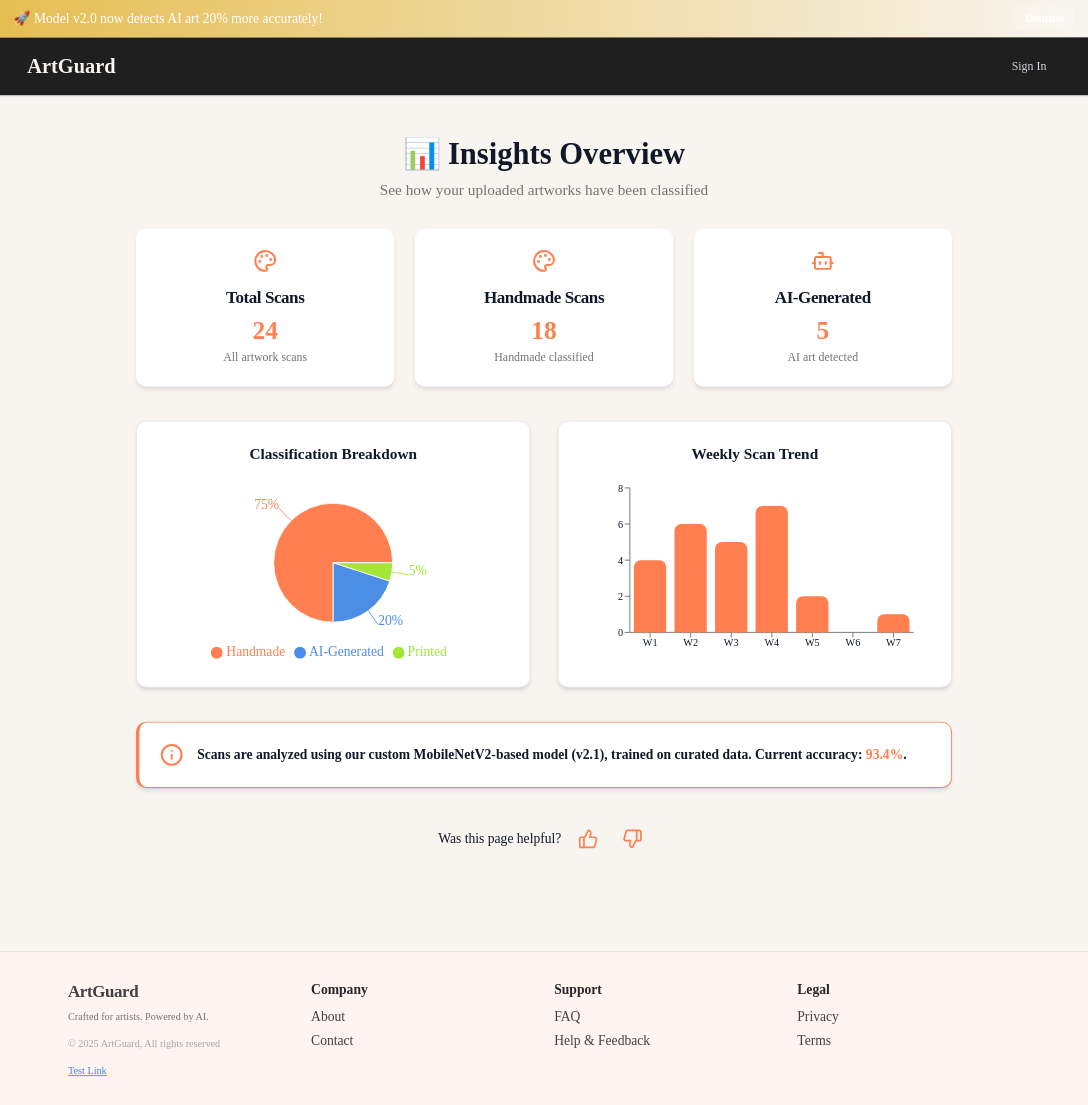
Repository: Arunkumar158/artguard
Page: /insights
The author's editor kept a copy of each file at every save. The page is drawn from the files as they stood at one save, then again after the next save.
The browser window is 1280 px wide. The pictures show the whole page, at 85% of full size.
The project was rebuilt for these pictures with package versions that can differ from the ones it lists, and the page was loaded fresh each time. Also part of the build but not shown: vite.config.ts, src/components/ui/button.tsx, src/components/ui/label.tsx, src/components/ui/form.tsx, src/components/ui/input.tsx, src/components/ui/tabs.tsx, src/components/ui/alert-dialog.tsx, src/components/auth/AuthForm.tsx and 24 more.

Above is the page before, as saved 2025-07-14 09:31:59.

### index.html
<!DOCTYPE html>
<html lang="en">
  <head>
    <meta charset="UTF-8" />
    <meta name="viewport" content="width=device-width, initial-scale=1.0" />
    <title>art-sense-scan-reveal</title>
    <meta name="description" content="Lovable Generated Project" />
    <meta name="author" content="Lovable" />

    <meta property="og:title" content="art-sense-scan-reveal" />
    <meta property="og:description" content="Lovable Generated Project" />
    <meta property="og:type" content="website" />
    <meta property="og:image" content="https://lovable.dev/opengraph-image-p98pqg.png" />

    <meta name="twitter:card" content="summary_large_image" />
    <meta name="twitter:site" content="@lovable_dev" />
    <meta name="twitter:image" content="https://lovable.dev/opengraph-image-p98pqg.png" />
  </head>

  <body>
    <div id="root"></div>
    <!-- IMPORTANT: DO NOT REMOVE THIS SCRIPT TAG OR THIS VERY COMMENT! -->
    <script src="https://cdn.gpteng.co/gptengineer.js" type="module"></script>
    <script type="module" src="/src/main.tsx"></script>
  </body>
</html>

### src/main.tsx
import { createRoot } from 'react-dom/client'
import { BrowserRouter as Router } from 'react-router-dom'
import App from './App.tsx'
import './index.css'

createRoot(document.getElementById("root")!).render(
  <Router>
    <App />
  </Router>
);

### src/lib/supabaseClient.ts
import { createClient } from '@supabase/supabase-js'

const supabaseUrl = "https://bawanuusktkjmlniedlu.supabase.co"
const supabaseAnonKey = "eyJhbGciOiJIUzI1NiIsInR5cCI6IkpXVCJ9.eyJpc3MiOiJzdXBhYmFzZSIsInJlZiI6ImJhd2FudXVza3Rram1sbmllZGx1Iiwicm9sZSI6ImFub24iLCJpYXQiOjE3NTA1ODg3MTUsImV4cCI6MjA2NjE2NDcxNX0.ERK2N1GqeKfrCd2n5coqiYEGMFnfx_IXZGKz0Kpm_Bg"

export const supabase = createClient(supabaseUrl, supabaseAnonKey)

### src/pages/Insights.tsx
import React, { useState } from "react";
import { Card, CardHeader, CardContent, CardTitle, CardDescription } from "@/components/ui/card";
import { Dialog, DialogTrigger, DialogContent } from "@/components/ui/dialog";
import { useToast } from "@/components/ui/use-toast";
import { PieChart, Pie, Cell, Tooltip, Legend, ResponsiveContainer, BarChart, Bar, XAxis, YAxis } from "recharts";
import { Info, ThumbsUp, ThumbsDown, Palette, Bot, Printer } from "lucide-react";

const statCards = [
  {
    title: "Total Scans",
    value: 24,
    icon: <Palette className="w-7 h-7 text-[#FF7F50]" />, // 🎨
    desc: "All artwork scans",
  },
  {
    title: "Handmade Scans",
    value: 18,
    icon: <Palette className="w-7 h-7 text-[#FF7F50]" />, // 🎨
    desc: "Handmade classified",
  },
  {
    title: "AI-Generated",
    value: 5,
    icon: <Bot className="w-7 h-7 text-[#FF7F50]" />, // 🤖
    desc: "AI art detected",
  },
];

const pieData = [
  { name: "Handmade", value: 75 },
  { name: "AI-Generated", value: 20 },
  { name: "Printed", value: 5 },
];
const pieColors = ["#FF7F50", "#4C8DE5", "#A3E635"];

const barData = [
  { week: "W1", scans: 4 },
  { week: "W2", scans: 6 },
  { week: "W3", scans: 5 },
  { week: "W4", scans: 7 },
  { week: "W5", scans: 2 },
  { week: "W6", scans: 0 },
  { week: "W7", scans: 1 },
];

const Insights = () => {
  const { toast } = useToast();
  const [feedbackOpen, setFeedbackOpen] = useState(false);

  const handleFeedback = (positive: boolean) => {
    toast({
      title: "Thanks for your feedback!",
      description: positive ? "We're glad you found it helpful." : "We'll use your feedback to improve.",
    });
    setFeedbackOpen(false);
  };

  return (
    <div className="max-w-5xl mx-auto px-4 md:px-8">
      {/* Page Title */}
      <div className="mb-8 text-center">
        <h1 className="text-3xl md:text-4xl font-bold text-[#111827] flex items-center justify-center gap-2">
          <span role="img" aria-label="chart">📊</span> Insights Overview
        </h1>
        <p className="text-lg text-muted-foreground mt-2">See how your uploaded artworks have been classified</p>
      </div>

      {/* Stat Cards */}
      <div className="grid grid-cols-1 sm:grid-cols-2 md:grid-cols-3 gap-6 mb-10">
        {statCards.map((card, i) => (
          <Card key={card.title} className="bg-white rounded-xl shadow-md flex flex-col items-center py-6 border-0">
            <CardHeader className="flex flex-col items-center gap-2 p-0 mb-2">
              {card.icon}
              <CardTitle className="text-xl font-semibold text-[#111827]">{card.title}</CardTitle>
            </CardHeader>
            <CardContent className="flex flex-col items-center p-0">
              <span className="text-3xl font-bold text-[#FF7F50]">{card.value}</span>
              <CardDescription className="mt-1">{card.desc}</CardDescription>
            </CardContent>
          </Card>
        ))}
      </div>

      {/* Charts Section */}
      <div className="grid grid-cols-1 md:grid-cols-2 gap-8 mb-10">
        {/* Pie Chart */}
        <Card className="bg-white rounded-xl shadow-md p-6 flex flex-col items-center">
          <CardHeader className="flex flex-row items-center gap-2 p-0 mb-4">
            <span className="text-lg font-semibold text-[#111827]">Classification Breakdown</span>
          </CardHeader>
          <CardContent className="w-full flex flex-col items-center p-0">
            <ResponsiveContainer width="100%" height={220}>
              <PieChart>
                <Pie
                  data={pieData}
                  dataKey="value"
                  nameKey="name"
                  cx="50%"
                  cy="50%"
                  outerRadius={70}
                  label={({ percent }) => `${(percent * 100).toFixed(0)}%`}
                >
                  {pieData.map((entry, idx) => (
                    <Cell key={`cell-${idx}`} fill={pieColors[idx % pieColors.length]} />
                  ))}
                </Pie>
                <Tooltip />
                <Legend verticalAlign="bottom" iconType="circle"/>
              </PieChart>
            </ResponsiveContainer>
          </CardContent>
        </Card>

        {/* Bar Chart */}
        <Card className="bg-white rounded-xl shadow-md p-6 flex flex-col items-center">
          <CardHeader className="flex flex-row items-center gap-2 p-0 mb-4">
            <span className="text-lg font-semibold text-[#111827]">Weekly Scan Trend</span>
          </CardHeader>
          <CardContent className="w-full flex flex-col items-center p-0">
            <ResponsiveContainer width="100%" height={220}>
              <BarChart data={barData} margin={{ top: 10, right: 20, left: 0, bottom: 10 }}>
                <XAxis dataKey="week" tick={{ fill: '#111827', fontSize: 12 }} />
                <YAxis tick={{ fill: '#111827', fontSize: 12 }} allowDecimals={false} />
                <Tooltip />
                <Bar dataKey="scans" fill="#FF7F50" radius={[8, 8, 0, 0]} />
              </BarChart>
            </ResponsiveContainer>
          </CardContent>
        </Card>
      </div>

      {/* Model Accuracy Box */}
      <Card className="bg-white rounded-xl shadow-md flex flex-row items-center gap-4 p-6 mb-10 border-l-4 border-[#FF7F50]">
        <Info className="w-7 h-7 text-[#FF7F50] flex-shrink-0" />
        <div>
          <div className="font-semibold text-[#111827]">Scans are analyzed using our custom MobileNetV2-based model (v2.1), trained on curated data. Current accuracy: <span className="text-[#FF7F50] font-bold">93.4%</span>.</div>
        </div>
      </Card>

      {/* Feedback CTA */}
      <div className="flex flex-col items-center mb-8">
        <div className="flex items-center gap-3">
          <span className="text-base font-medium text-[#111827]">Was this page helpful?</span>
          <button
            className="rounded-full p-2 hover:bg-[#FF7F50]/10 transition"
            aria-label="Yes"
            onClick={() => handleFeedback(true)}
          >
            <ThumbsUp className="w-6 h-6 text-[#FF7F50]" />
          </button>
          <button
            className="rounded-full p-2 hover:bg-[#FF7F50]/10 transition"
            aria-label="No"
            onClick={() => handleFeedback(false)}
          >
            <ThumbsDown className="w-6 h-6 text-[#FF7F50]" />
          </button>
        </div>
      </div>
    </div>
  );
};

export default Insights;

### src/components/ui/toaster.tsx
import { useToast } from "@/hooks/use-toast"
import {
  Toast,
  ToastClose,
  ToastDescription,
  ToastProvider,
  ToastTitle,
  ToastViewport,
} from "@/components/ui/toast"

export function Toaster() {
  const { toasts } = useToast()

  return (
    <ToastProvider>
      {toasts.map(function ({ id, title, description, action, ...props }) {
        return (
          <Toast key={id} {...props}>
            <div className="grid gap-1">
              {title && <ToastTitle>{title}</ToastTitle>}
              {description && (
                <ToastDescription>{description}</ToastDescription>
              )}
            </div>
            {action}
            <ToastClose />
          </Toast>
        )
      })}
      <ToastViewport />
    </ToastProvider>
  )
}

### src/components/MainLayout.tsx
import React from "react";
import { Session } from "@supabase/supabase-js";
import { Header } from "./Header";
import Footer from "./Footer";

interface MainLayoutProps {
  children: React.ReactNode;
  session: Session | null;
}

export const MainLayout: React.FC<MainLayoutProps> = ({
  children,
  session,
}) => {
  const [showBanner, setShowBanner] = React.useState(true);
  return (
    <div className="min-h-screen bg-brand-background flex flex-col font-sans">
      {showBanner && (
        <div className="w-full bg-gradient-to-r from-brand-primary to-brand-secondary text-white flex items-center justify-center py-2 px-4 shadow-md z-50">
          <span className="mr-4 text-base font-medium">🚀 Model v2.0 now detects AI art 20% more accurately!</span>
          <button
            onClick={() => setShowBanner(false)}
            className="ml-auto px-3 py-1 rounded bg-white/20 hover:bg-white/30 text-white text-sm font-semibold transition-colors"
            aria-label="Dismiss notification"
          >
            Dismiss
          </button>
        </div>
      )}
      <Header session={session} />
      <main className="flex-1 container py-12">{children}</main>
      <Footer />
    </div>
  );
};

### src/components/ui/card.tsx
import * as React from "react"

import { cn } from "@/lib/utils"

const Card = React.forwardRef<
  HTMLDivElement,
  React.HTMLAttributes<HTMLDivElement>
>(({ className, ...props }, ref) => (
  <div
    ref={ref}
    className={cn(
      "rounded-lg border bg-card text-card-foreground shadow-sm",
      className
    )}
    {...props}
  />
))
Card.displayName = "Card"

const CardHeader = React.forwardRef<
  HTMLDivElement,
  React.HTMLAttributes<HTMLDivElement>
>(({ className, ...props }, ref) => (
  <div
    ref={ref}
    className={cn("flex flex-col space-y-1.5 p-6", className)}
    {...props}
  />
))
CardHeader.displayName = "CardHeader"

const CardTitle = React.forwardRef<
  HTMLParagraphElement,
  React.HTMLAttributes<HTMLHeadingElement>
>(({ className, ...props }, ref) => (
  <h3
    ref={ref}
    className={cn(
      "text-2xl font-semibold leading-none tracking-tight",
      className
    )}
    {...props}
  />
))
CardTitle.displayName = "CardTitle"

const CardDescription = React.forwardRef<
  HTMLParagraphElement,
  React.HTMLAttributes<HTMLParagraphElement>
>(({ className, ...props }, ref) => (
  <p
    ref={ref}
    className={cn("text-sm text-muted-foreground", className)}
    {...props}
  />
))
CardDescription.displayName = "CardDescription"

const CardContent = React.forwardRef<
  HTMLDivElement,
  React.HTMLAttributes<HTMLDivElement>
>(({ className, ...props }, ref) => (
  <div ref={ref} className={cn("p-6 pt-0", className)} {...props} />
))
CardContent.displayName = "CardContent"

const CardFooter = React.forwardRef<
  HTMLDivElement,
  React.HTMLAttributes<HTMLDivElement>
>(({ className, ...props }, ref) => (
  <div
    ref={ref}
    className={cn("flex items-center p-6 pt-0", className)}
    {...props}
  />
))
CardFooter.displayName = "CardFooter"

export { Card, CardHeader, CardFooter, CardTitle, CardDescription, CardContent }

### src/components/Footer.tsx
import React from "react";

const footerLinks = [
  {
    title: "Company",
    links: [
      { name: "About", href: "/about" },
      { name: "Contact", href: "/contact" },
    ],
  },
  {
    title: "Support",
    links: [
      { name: "FAQ", href: "/faq" },
      { name: "Help & Feedback", href: "/contact" },
    ],
  },
  {
    title: "Legal",
    links: [
      { name: "Privacy", href: "/privacy-policy" },
      { name: "Terms", href: "/terms-of-service" },
    ],
  },
];

export default function Footer() {
  return (
    <footer className="bg-[#FFF4F0] border-t border-neutral-200 py-8 mt-8 text-neutral-700 text-sm md:text-base">
      <div className="max-w-6xl mx-auto px-4 md:px-4">
        <div className="flex flex-col md:grid md:grid-cols-4 gap-6 md:gap-6 py-4 px-4 md:p-0">
          {/* Brand/Left Side */}
          <div className="mb-6 md:mb-0 flex flex-col gap-2 md:col-span-1">
            <h2 className="text-xl font-bold tracking-tight">ArtGuard</h2>
            <span className="text-xs text-neutral-500">Crafted for artists. Powered by AI.</span>
            <span className="text-xs text-neutral-400 mt-2">© 2025 ArtGuard, All rights reserved</span>
            <a href="/test" className="text-xs text-blue-500 underline mt-2">Test Link</a>
          </div>
          {/* 3 Columns */}
          <div className="flex flex-col space-y-3 md:space-y-0 md:grid md:grid-cols-3 gap-6 md:col-span-3">
            {footerLinks.map((col) => (
              <div key={col.title}>
                <div className="font-semibold mb-2 text-neutral-800">{col.title}</div>
                <ul className="space-y-1">
                  {col.links.map((link) => (
                    <li key={link.name}>
                      <a
                        href={link.href}
                        className="block md:inline-block w-full md:w-auto px-2 py-2 md:px-0 md:py-0 rounded transition-colors duration-150 hover:underline hover:bg-[#FF7F50]/10 focus:bg-[#FF7F50]/20 focus:outline-none text-neutral-700"
                        style={{ minWidth: 0 }}
                      >
                        {link.name}
                      </a>
                    </li>
                  ))}
                </ul>
              </div>
            ))}
          </div>
        </div>
      </div>
    </footer>
  );
}

Loaded but not shown: src/lib/utils.ts (common file); src/components/ui/use-toast.ts (common file); src/hooks/use-toast.ts (common file); src/components/Header.tsx (125 lines, source omitted); src/components/ui/toast.tsx (127 lines, source omitted); src/components/ui/sheet.tsx (130 lines, source omitted); src/App.tsx (93 lines, source omitted); tailwind.config.ts (116 lines, source omitted); src/index.css (111 lines, source omitted)

After the next save:
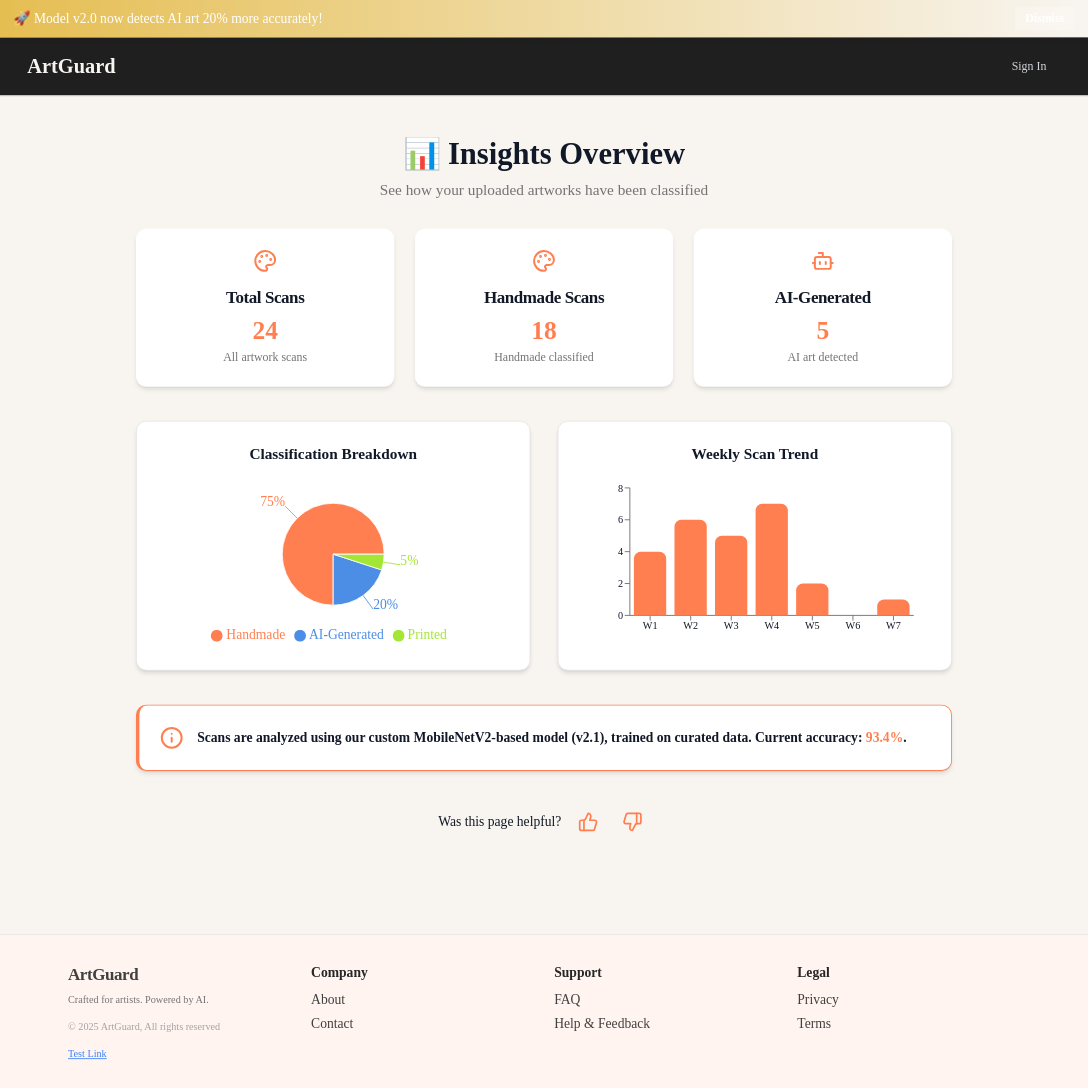
Saved 26 s later.
--- a/src/pages/Insights.tsx
+++ b/src/pages/Insights.tsx
@@ -56,40 +56,40 @@
   };
 
   return (
-    <div className="max-w-5xl mx-auto px-4 md:px-8">
+    <div className="max-w-5xl mx-auto px-4 sm:px-6 lg:px-8">
       {/* Page Title */}
-      <div className="mb-8 text-center">
-        <h1 className="text-3xl md:text-4xl font-bold text-[#111827] flex items-center justify-center gap-2">
+      <div className="mb-6 sm:mb-8 text-center">
+        <h1 className="text-2xl sm:text-3xl lg:text-4xl font-bold text-[#111827] flex items-center justify-center gap-2">
           <span role="img" aria-label="chart">📊</span> Insights Overview
         </h1>
-        <p className="text-lg text-muted-foreground mt-2">See how your uploaded artworks have been classified</p>
+        <p className="text-sm sm:text-base lg:text-lg text-muted-foreground mt-2">See how your uploaded artworks have been classified</p>
       </div>
 
       {/* Stat Cards */}
-      <div className="grid grid-cols-1 sm:grid-cols-2 md:grid-cols-3 gap-6 mb-10">
+      <div className="grid grid-cols-1 sm:grid-cols-2 md:grid-cols-3 gap-4 sm:gap-6 mb-8 sm:mb-10">
         {statCards.map((card, i) => (
-          <Card key={card.title} className="bg-white rounded-xl shadow-md flex flex-col items-center py-6 border-0">
+          <Card key={card.title} className="bg-white rounded-xl shadow-md flex flex-col items-center py-4 sm:py-6 border-0">
             <CardHeader className="flex flex-col items-center gap-2 p-0 mb-2">
               {card.icon}
-              <CardTitle className="text-xl font-semibold text-[#111827]">{card.title}</CardTitle>
+              <CardTitle className="text-lg sm:text-xl font-semibold text-[#111827] text-center">{card.title}</CardTitle>
             </CardHeader>
             <CardContent className="flex flex-col items-center p-0">
-              <span className="text-3xl font-bold text-[#FF7F50]">{card.value}</span>
-              <CardDescription className="mt-1">{card.desc}</CardDescription>
+              <span className="text-2xl sm:text-3xl font-bold text-[#FF7F50]">{card.value}</span>
+              <CardDescription className="mt-1 text-xs sm:text-sm text-center">{card.desc}</CardDescription>
             </CardContent>
           </Card>
         ))}
       </div>
 
       {/* Charts Section */}
-      <div className="grid grid-cols-1 md:grid-cols-2 gap-8 mb-10">
+      <div className="grid grid-cols-1 md:grid-cols-2 gap-6 sm:gap-8 mb-8 sm:mb-10">
         {/* Pie Chart */}
-        <Card className="bg-white rounded-xl shadow-md p-6 flex flex-col items-center">
+        <Card className="bg-white rounded-xl shadow-md p-4 sm:p-6 flex flex-col items-center">
           <CardHeader className="flex flex-row items-center gap-2 p-0 mb-4">
-            <span className="text-lg font-semibold text-[#111827]">Classification Breakdown</span>
+            <span className="text-base sm:text-lg font-semibold text-[#111827]">Classification Breakdown</span>
           </CardHeader>
           <CardContent className="w-full flex flex-col items-center p-0">
-            <ResponsiveContainer width="100%" height={220}>
+            <ResponsiveContainer width="100%" height={200} className="min-h-[200px]">
               <PieChart>
                 <Pie
                   data={pieData}
@@ -97,7 +97,7 @@
                   nameKey="name"
                   cx="50%"
                   cy="50%"
-                  outerRadius={70}
+                  outerRadius={60}
                   label={({ percent }) => `${(percent * 100).toFixed(0)}%`}
                 >
                   {pieData.map((entry, idx) => (
@@ -112,12 +112,12 @@
         </Card>
 
         {/* Bar Chart */}
-        <Card className="bg-white rounded-xl shadow-md p-6 flex flex-col items-center">
+        <Card className="bg-white rounded-xl shadow-md p-4 sm:p-6 flex flex-col items-center">
           <CardHeader className="flex flex-row items-center gap-2 p-0 mb-4">
-            <span className="text-lg font-semibold text-[#111827]">Weekly Scan Trend</span>
+            <span className="text-base sm:text-lg font-semibold text-[#111827]">Weekly Scan Trend</span>
           </CardHeader>
           <CardContent className="w-full flex flex-col items-center p-0">
-            <ResponsiveContainer width="100%" height={220}>
+            <ResponsiveContainer width="100%" height={200} className="min-h-[200px]">
               <BarChart data={barData} margin={{ top: 10, right: 20, left: 0, bottom: 10 }}>
                 <XAxis dataKey="week" tick={{ fill: '#111827', fontSize: 12 }} />
                 <YAxis tick={{ fill: '#111827', fontSize: 12 }} allowDecimals={false} />
@@ -130,30 +130,30 @@
       </div>
 
       {/* Model Accuracy Box */}
-      <Card className="bg-white rounded-xl shadow-md flex flex-row items-center gap-4 p-6 mb-10 border-l-4 border-[#FF7F50]">
-        <Info className="w-7 h-7 text-[#FF7F50] flex-shrink-0" />
+      <Card className="bg-white rounded-xl shadow-md flex flex-col sm:flex-row sm:items-center gap-4 p-4 sm:p-6 mb-8 sm:mb-10 border-l-4 border-[#FF7F50]">
+        <Info className="w-6 h-6 sm:w-7 sm:h-7 text-[#FF7F50] flex-shrink-0" />
         <div>
-          <div className="font-semibold text-[#111827]">Scans are analyzed using our custom MobileNetV2-based model (v2.1), trained on curated data. Current accuracy: <span className="text-[#FF7F50] font-bold">93.4%</span>.</div>
+          <div className="font-semibold text-[#111827] text-sm sm:text-base">Scans are analyzed using our custom MobileNetV2-based model (v2.1), trained on curated data. Current accuracy: <span className="text-[#FF7F50] font-bold">93.4%</span>.</div>
         </div>
       </Card>
 
       {/* Feedback CTA */}
-      <div className="flex flex-col items-center mb-8">
+      <div className="flex flex-col items-center mb-6 sm:mb-8">
         <div className="flex items-center gap-3">
-          <span className="text-base font-medium text-[#111827]">Was this page helpful?</span>
+          <span className="text-sm sm:text-base font-medium text-[#111827]">Was this page helpful?</span>
           <button
             className="rounded-full p-2 hover:bg-[#FF7F50]/10 transition"
             aria-label="Yes"
             onClick={() => handleFeedback(true)}
           >
-            <ThumbsUp className="w-6 h-6 text-[#FF7F50]" />
+            <ThumbsUp className="w-5 h-5 sm:w-6 sm:h-6 text-[#FF7F50]" />
           </button>
           <button
             className="rounded-full p-2 hover:bg-[#FF7F50]/10 transition"
             aria-label="No"
             onClick={() => handleFeedback(false)}
           >
-            <ThumbsDown className="w-6 h-6 text-[#FF7F50]" />
+            <ThumbsDown className="w-5 h-5 sm:w-6 sm:h-6 text-[#FF7F50]" />
           </button>
         </div>
       </div>
